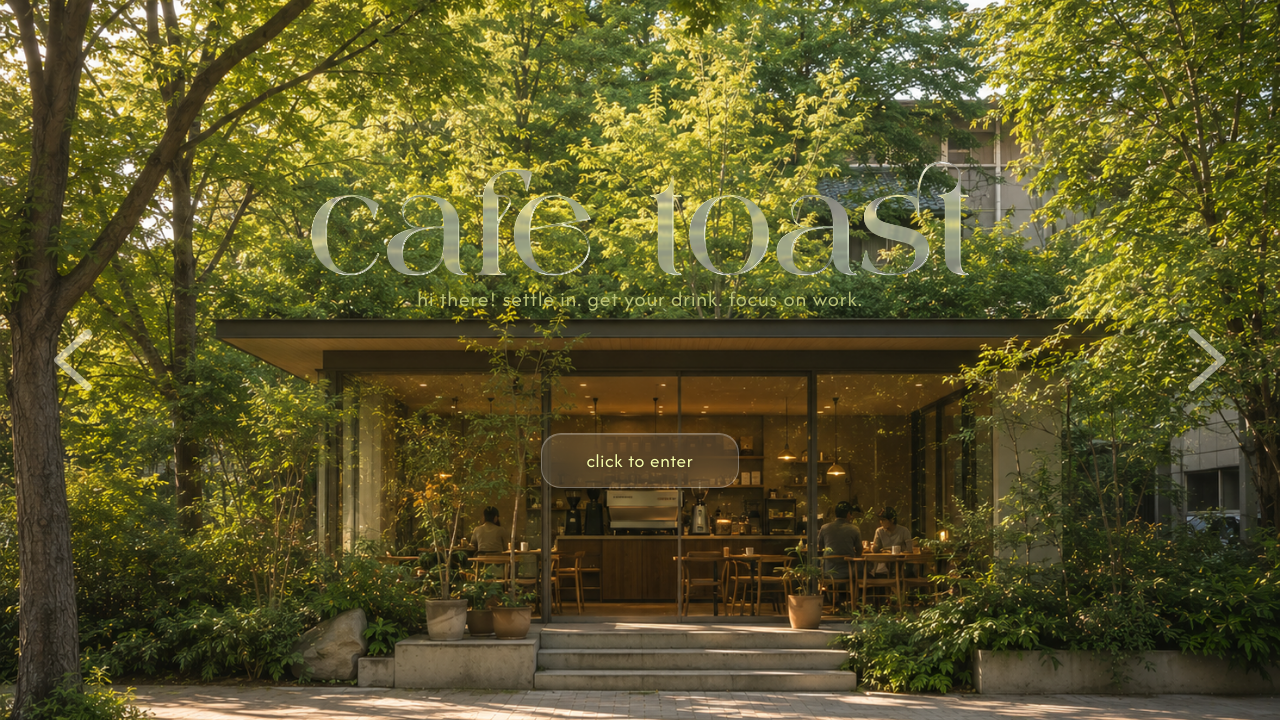
Repository: j1s00jang/cafe_toast
Page: /
An editor plug-in stored every save of this project. The page is shown before and after the next save, followed by the edit.
The browser window is 1280 px wide. The pictures show the whole page.
The project was rebuilt for these pictures with package versions that can differ from the ones it lists, and the page was loaded fresh each time. Also part of the build but not shown: vite.config.js, src/components/DrinkCarousel.css, src/components/DrinkCarousel.jsx, src/pages/DrinkSelect.css, src/pages/DrinkSelect.jsx, src/components/AudioControls.jsx, src/components/ConfirmModal.css, src/components/ConfirmModal.jsx and 5 more. Imported but missing from the stored project, and not drawn on this page: src/assets/music/jazz_cafe.mp3, src/assets/music/lofi_jazz_cafe.mp3, src/assets/music/smooth_jazz_cafe.mp3, src/assets/music/the_bookstore_cafe.mp3, src/assets/sounds/cafe_ambient_sound.mp3.

Above is the page before, as saved 2026-10-28 10:12:34.

After the next save:
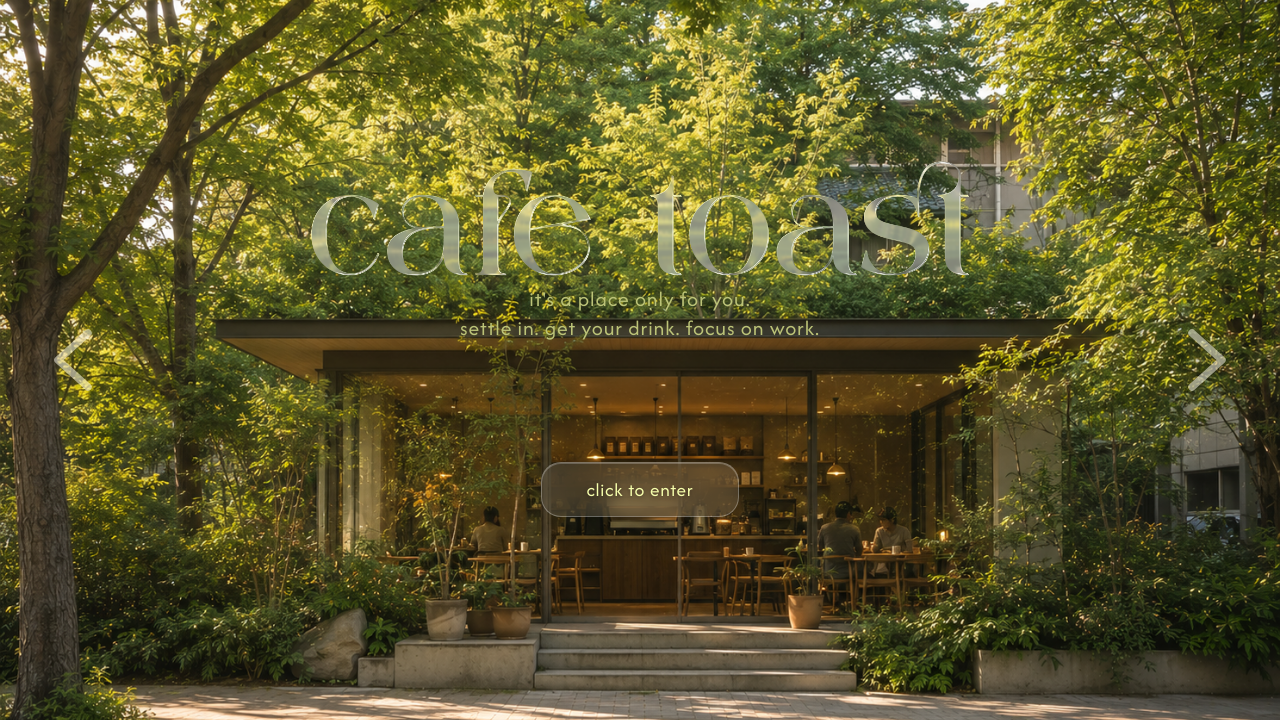
Saved 40 s later.
--- a/src/pages/CafeToast.jsx
+++ b/src/pages/CafeToast.jsx
@@ -67,7 +67,8 @@ function CafeToast({ modeIndex, onModeChange, onEnter }) {
                         />
                     </h1>
                     <p className="enter-screen__subtitle">
-                        hi there! settle in. get your drink. focus on work.
+                        It's a place only for you. <br /> settle in. get your
+                        drink. focus on work.
                     </p>
                 </header>
 
